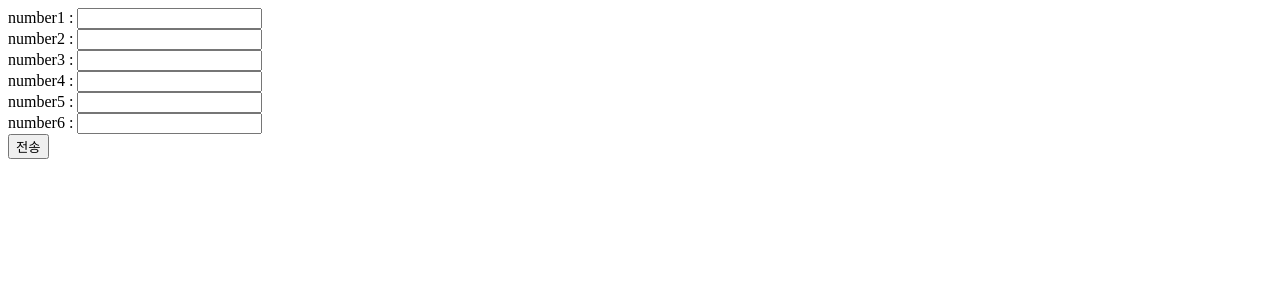
Repository: sagong0/servelet_home
Page: practicehome/src/main/webapp/home.html
These files come from the project's save history. The page is drawn as it stood at one moment and after the next save; the edit follows.
The browser window is 1280 px wide. The pictures show the whole page.

Above is the page before, as saved 2023-08-15 08:15:50.

### practicehome/src/main/webapp/home.html
<!DOCTYPE html>
<html>
<head>
<meta charset="UTF-8">
<title>Insert title here</title>
</head>
<body>
	<form id="f" method="POST" action="./lotto_ok.do">
		<input type="hidden" id="">
		number1 : <input type="text" name="no" id="no0" class="no"><br/>
		number2 : <input type="text" name="no" id="no1" class="no"><br/>
		number3 : <input type="text" name="no" id="no2" class="no"><br/>
		number4 : <input type="text" name="no" id="no3" class="no"><br/>
		number5 : <input type="text" name="no" id="no4" class="no"><br/>
		number6 : <input type="text" name="no" id="no5" class="no"><br/>
		<input type="button" value="전송" onclick="abc()">
	</form>

	<script>
		function abc(){
			var ea = document.getElementsByClassName("no");

			var w = 0;
			var ck = "yes";

			while(w < ea.length){

				if(document.getElementsByClassName("no")[w].value == ""){
					alert("숫자 값 모두 입력해주세요");
					var ck = "no";
					break;
				}
				w++;
			}
			if(ck == "yes"){
				f.submit();
			}
		}
	</script>

</body>
</html>

After the next save:
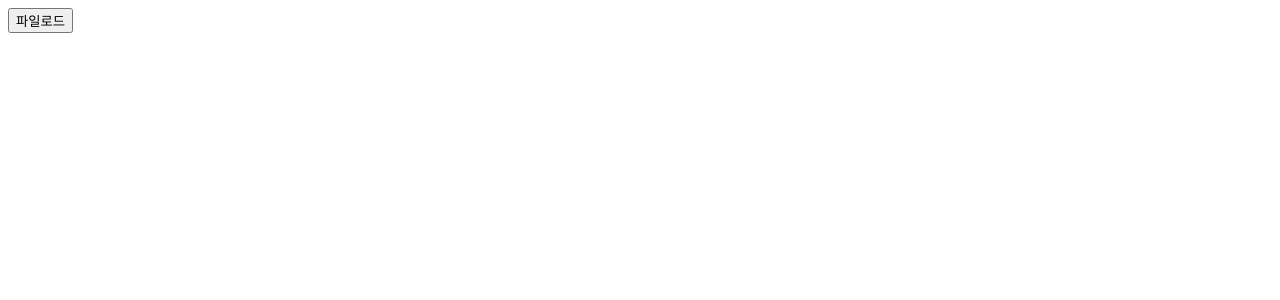
Not found: practicehome/src/main/webapp/array3.js
Saved 51 s later.
--- a/practicehome/src/main/webapp/home.html
+++ b/practicehome/src/main/webapp/home.html
@@ -2,41 +2,25 @@
 <html>
 <head>
 <meta charset="UTF-8">
-<title>Insert title here</title>
+<title>GET통신을 이용한 JSON 파일로드 CORS를 통과하는 형태의 통신</title>
 </head>
 <body>
-	<form id="f" method="POST" action="./lotto_ok.do">
-		<input type="hidden" id="">
-		number1 : <input type="text" name="no" id="no0" class="no"><br/>
-		number2 : <input type="text" name="no" id="no1" class="no"><br/>
-		number3 : <input type="text" name="no" id="no2" class="no"><br/>
-		number4 : <input type="text" name="no" id="no3" class="no"><br/>
-		number5 : <input type="text" name="no" id="no4" class="no"><br/>
-		number6 : <input type="text" name="no" id="no5" class="no"><br/>
-		<input type="button" value="전송" onclick="abc()">
-	</form>
+<input type="button" value="파일로드" onclick="abc()">
+<div id="list">
 
-	<script>
-		function abc(){
-			var ea = document.getElementsByClassName("no");
-
-			var w = 0;
-			var ck = "yes";
-
-			while(w < ea.length){
-
-				if(document.getElementsByClassName("no")[w].value == ""){
-					alert("숫자 값 모두 입력해주세요");
-					var ck = "no";
-					break;
-				}
-				w++;
-			}
-			if(ck == "yes"){
-				f.submit();
-			}
-		}
-	</script>
+</div>
 
 </body>
+
+<!--
+	상대방 서버와 데이터를 받는 서버에서 서로 callback 이름을 이용하여 배열데이터를 받을 수 있또록
+	json을 수정 합니다.
+	그 외에 callback에서 사용한 이름을 함수명으로 설정 후 인자 값에 이름을 설정 후 console.log 실행시
+	해당 배열 데이터를 출력 할 수 있습니다.
+-->
+
+
+<script src="./array3.js?v=1"></script>
+<script src="http://192.168.110.223:8081/web/userlist.json?callback=calldata&v=1"></script>
+
 </html>
